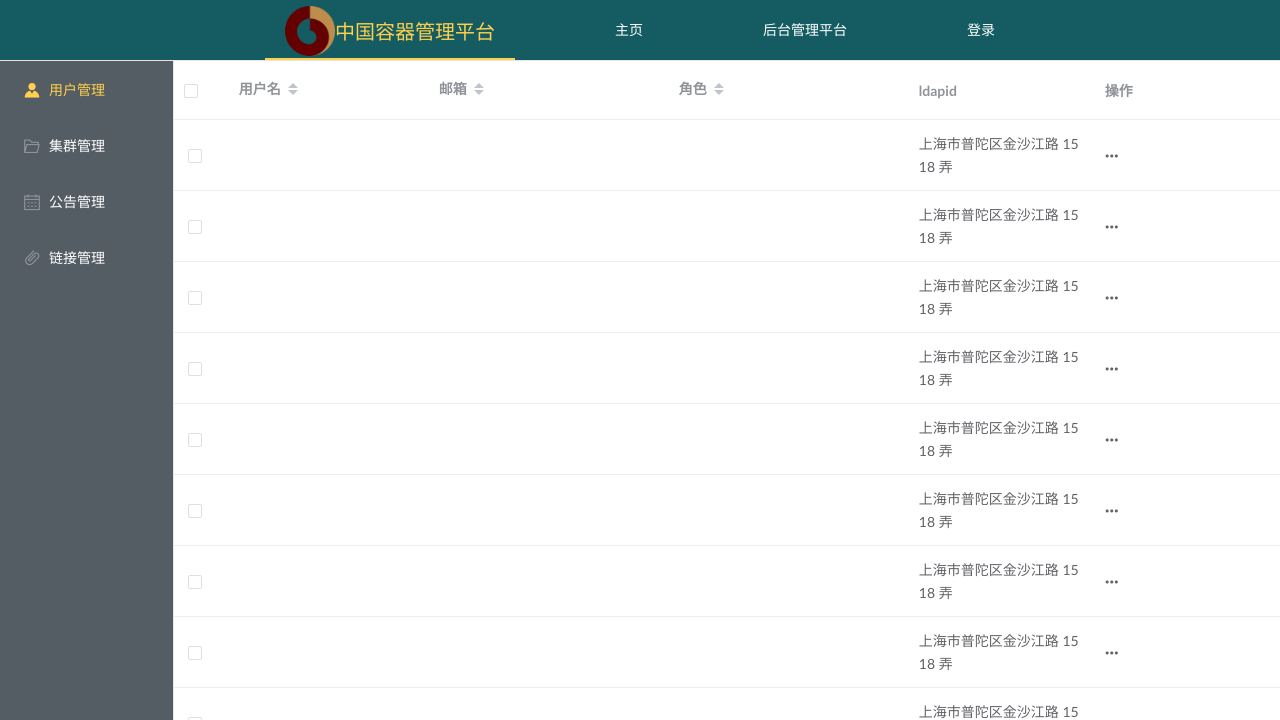
Repository: lei123zhou/zhongjin
Page: /main/management/user
These files come from the project's save history. The page is drawn as it stood at one moment and after the next save; the edit follows.
The browser window is 1280 px wide. The pictures show the whole page.
The project was rebuilt for these pictures with package versions that can differ from the ones it lists, and the page was loaded fresh each time. Also part of the build but not shown: vue.config.js.

Above is the page before, as saved 2022-08-29 22:18:07.

After the next save:
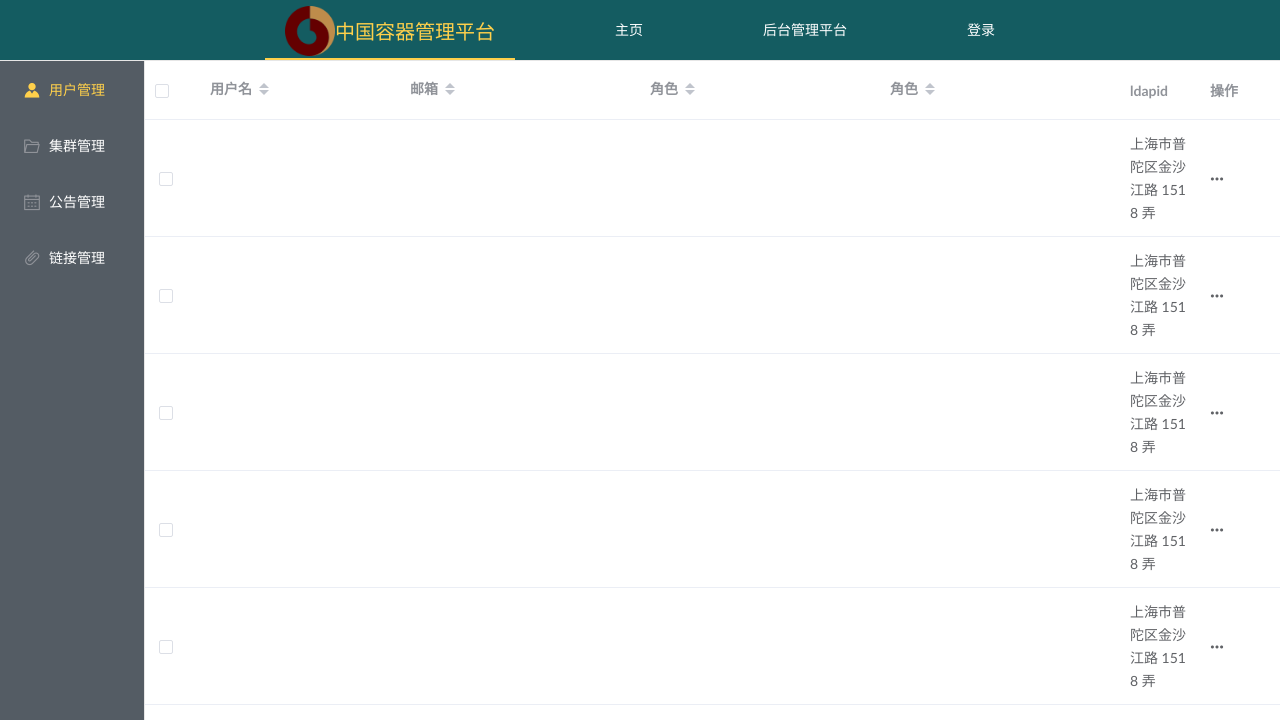
Saved 13 s later.
--- a/src/pages/management/user/UserPage.vue
+++ b/src/pages/management/user/UserPage.vue
@@ -11,6 +11,8 @@
       <el-table-column prop="username" label="用户名" sortable width="200">
       </el-table-column>
       <el-table-column prop="email" label="邮箱" sortable width="240">
+      </el-table-column>
+      <el-table-column prop="role" label="角色" sortable width="240">
       </el-table-column>
       <el-table-column prop="role" label="角色" sortable width="240">
       </el-table-column>
